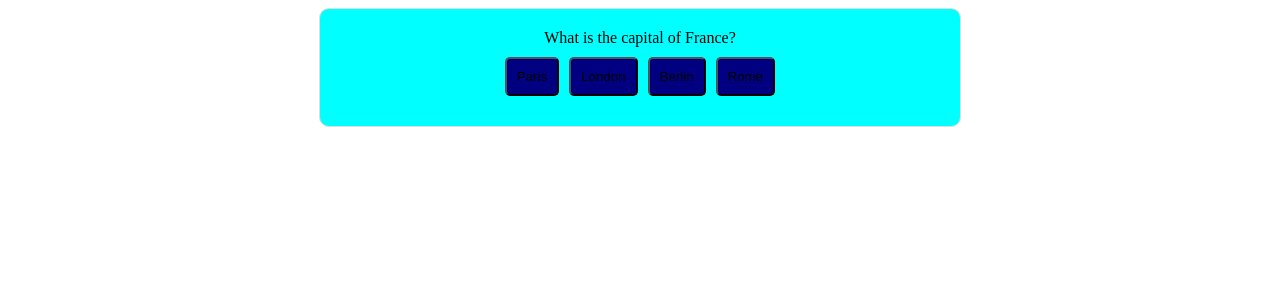
Repository: muteedwaheed/quiz-app
Page: test.html
The author's editor kept a copy of each file at every save. The page is drawn from the files as they stood at one save, then again after the next save.
The browser window is 1280 px wide. The pictures show the whole page.

Above is the page before, as saved 2024-06-23 01:52:00.

### test.html
<!DOCTYPE html>
<html lang="en">
  <head>
    <meta charset="UTF-8" />
    <meta name="viewport" content="width=device-width, initial-scale=1.0" />
    <title>quiz app</title>
    <link rel="stylesheet" href="./test.css">
  </head>
  <body>

    <div class="quiz-container">
      <div id="question-container">
        <div id="question">Question text</div>
        <div id="options-container"></div>
      </div>
    </div>

    <script src="./test.js"></script>
  </body>
</html>

### test.css
.hidden { display: none; }
.quiz-container {
  max-width: 600px;
  margin: 0 auto;
  text-align: center;
  padding: 20px;
  border: 1px solid #ddd;
  border-radius: 10px;
  background-color:aqua
}
.option {
  display: block;
  margin: 10px 0;
  padding: 10px;
  background-color:navy;
  color:white
  border: 1px solid #ccc;
  border-radius: 5px;
  cursor: pointer;
}
#options-container {
  display: flex;
  justify-content: center;
  gap: 10px;
  flex-wrap: wrap;
}
.option:hover {
  background-color: #ddd;
}

### test.js
const quiz = [
  {
    questions: [
      {
        question: "What is the capital of France?",
        options: [
          {
            answerText: "Paris",
            isCorrect: true,
          },
          {
            answerText: "London",
            isCorrect: false,
          },
          {
            answerText: "Berlin",
            isCorrect: false,
          },
          {
            answerText: "Rome",
            isCorrect: false,
          },
        ],
      },
      {
        question: "Which of the following are primary colors?",
        options: [
          {
            answerText: "Red",
            isCorrect: true,
          },
          {
            answerText: "Green",
            isCorrect: false,
          },
          {
            answerText: "Blue",
            isCorrect: true,
          },
          {
            answerText: "Yellow",
            isCorrect: true,
          },
        ],
      },
      {
        question: "Who wrote the play 'Romeo and Juliet'?",
        options: [
          {
            answerText: "William Shakespeare",
            isCorrect: true,
          },
          {
            answerText: "Jane Austen",
            isCorrect: false,
          },
          {
            answerText: "Charles Dickens",
            isCorrect: false,
          },
          {
            answerText: "Leo Tolstoy",
            isCorrect: false,
          },
        ],
      },
      {
        question: "Which of the following are programming languages?",
        options: [
          {
            answerText: "Java",
            isCorrect: true,
          },
          {
            answerText: "Banana",
            isCorrect: false,
          },
          {
            answerText: "Python",
            isCorrect: true,
          },
          {
            answerText: "Orange",
            isCorrect: false,
          },
        ],
      },
      {
        question: "What are the colors of the rainbow?",
        options: [
          {
            answerText: "Red",
            isCorrect: true,
          },
          {
            answerText: "Green",
            isCorrect: false,
          },
          {
            answerText: "Blue",
            isCorrect: true,
          },
          {
            answerText: "Yellow",
            isCorrect: true,
          },
        ],
      },
      {
        question: "Which planet is known as the 'Red Planet'?",
        options: [
          {
            answerText: "Mars",
            isCorrect: true,
          },
          {
            answerText: "Venus",
            isCorrect: false,
          },
          {
            answerText: "Jupiter",
            isCorrect: false,
          },
          {
            answerText: "Saturn",
            isCorrect: false,
          },
        ],
      },
      {
        question: "What are the main components of air?",
        options: [
          {
            answerText: "Oxygen",
            isCorrect: true,
          },
          {
            answerText: "Carbon Dioxide",
            isCorrect: true,
          },
          {
            answerText: "Nitrogen",
            isCorrect: true,
          },
          {
            answerText: "Argon",
            isCorrect: false,
          },
        ],
      },
      {
        question: "Which animals lay eggs?",
        options: [
          {
            answerText: "Dogs",
            isCorrect: false,
          },
          {
            answerText: "Cats",
            isCorrect: false,
          },
          {
            answerText: "Birds",
            isCorrect: true,
          },
          {
            answerText: "Frogs",
            isCorrect: true,
          },
        ],
      },
      {
        question: "What is the capital of Japan?",
        options: [
          {
            answerText: "Tokyo",
            isCorrect: true,
          },
          {
            answerText: "Beijing",
            isCorrect: false,
          },
          {
            answerText: "Seoul",
            isCorrect: false,
          },
          {
            answerText: "Bangkok",
            isCorrect: false,
          },
        ],
      },
      {
        question: "Which of the following are fruits?",
        options: [
          {
            answerText: "Carrot",
            isCorrect: false,
          },
          {
            answerText: "Apple",
            isCorrect: true,
          },
          {
            answerText: "Potato",
            isCorrect: false,
          },
          {
            answerText: "Banana",
            isCorrect: true,
          },
        ],
      },
      {
        question: "Who is credited with inventing the telephone?",
        options: [
          {
            answerText: "Thomas Edison",
            isCorrect: false,
          },
          {
            answerText: "Alexander Graham Bell",
            isCorrect: true,
          },
          {
            answerText: "Nikola Tesla",
            isCorrect: false,
          },
          {
            answerText: "Albert Einstein",
            isCorrect: false,
          },
        ],
      },
      {
        question: "Which of the following are mammals?",
        options: [
          {
            answerText: "Dolphin",
            isCorrect: true,
          },
          {
            answerText: "Shark",
            isCorrect: false,
          },
          {
            answerText: "Salmon",
            isCorrect: false,
          },
          {
            answerText: "Octopus",
            isCorrect: false,
          },
        ],
      },
      {
        question: "What is the largest planet in our solar system?",
        options: [
          {
            answerText: "Jupiter",
            isCorrect: true,
          },
          {
            answerText: "Mars",
            isCorrect: false,
          },
          {
            answerText: "Saturn",
            isCorrect: false,
          },
          {
            answerText: "Neptune",
            isCorrect: false,
          },
        ],
      },
      {
        question: "Which of the following are programming languages?",
        options: [
          {
            answerText: "Ruby",
            isCorrect: true,
          },
          {
            answerText: "Lemon",
            isCorrect: false,
          },
          {
            answerText: "C++",
            isCorrect: true,
          },
          {
            answerText: "Grapes",
            isCorrect: false,
          },
        ],
      },
      {
        question: "What are the primary colors in painting?",
        options: [
          {
            answerText: "Red",
            isCorrect: true,
          },
          {
            answerText: "Green",
            isCorrect: false,
          },
          {
            answerText: "Blue",
            isCorrect: true,
          },
          {
            answerText: "Orange",
            isCorrect: false,
          },
        ],
      },
      {
        question: "Which of the following are elements on the periodic table?",
        options: [
          {
            answerText: "Carbon",
            isCorrect: true,
          },
          {
            answerText: "Gold",
            isCorrect: true,
          },
          {
            answerText: "Silver",
            isCorrect: true,
          },
          {
            answerText: "Ruby",
            isCorrect: false,
          },
        ],
      },
      {
        question: "Which of the following are European countries?",
        options: [
          {
            answerText: "Germany",
            isCorrect: true,
          },
          {
            answerText: "Brazil",
            isCorrect: false,
          },
          {
            answerText: "Spain",
            isCorrect: true,
          },
          {
            answerText: "Australia",
            isCorrect: false,
          },
        ],
      },
      {
        question: "What are the primary colors of light?",
        options: [
          {
            answerText: "Red",
            isCorrect: true,
          },
          {
            answerText: "Green",
            isCorrect: true,
          },
          {
            answerText: "Blue",
            isCorrect: true,
          },
          {
            answerText: "Yellow",
            isCorrect: false,
          },
        ],
      },
      {
        question:
          "Which of the following are parts of the human digestive system?",
        options: [
          {
            answerText: "Stomach",
            isCorrect: true,
          },
          {
            answerText: "Lungs",
            isCorrect: false,
          },
          {
            answerText: "Brain",
            isCorrect: false,
          },
          {
            answerText: "Liver",
            isCorrect: true,
          },
        ],
      },
      {
        question: "What is the currency of Japan?",
        options: [
          {
            answerText: "Yen",
            isCorrect: true,
          },
          {
            answerText: "Dollar",
            isCorrect: false,
          },
          {
            answerText: "Pound",
            isCorrect: false,
          },
          {
            answerText: "Euro",
            isCorrect: false,
          },
        ],
      },
      {
        question: "Which of the following are elements?",
        options: [
          {
            answerText: "Oxygen",
            isCorrect: true,
          },
          {
            answerText: "Sun",
            isCorrect: false,
          },
          {
            answerText: "Moon",
            isCorrect: false,
          },
          {
            answerText: "Earth",
            isCorrect: false,
          },
        ],
      },
      {
        question: "What is the largest ocean on Earth?",
        options: [
          {
            answerText: "Pacific Ocean",
            isCorrect: true,
          },
          {
            answerText: "Indian Ocean",
            isCorrect: false,
          },
          {
            answerText: "Atlantic Ocean",
            isCorrect: false,
          },
          {
            answerText: "Arctic Ocean",
            isCorrect: false,
          },
        ],
      },
      {
        question: "Which of the following are programming languages?",
        options: [
          {
            answerText: "Python",
            isCorrect: true,
          },
          {
            answerText: "Carrot",
            isCorrect: false,
          },
          {
            answerText: "Ruby",
            isCorrect: true,
          },
          {
            answerText: "Cucumber",
            isCorrect: false,
          },
        ],
      },
      {
        question: "What is the chemical symbol for water?",
        options: [
          {
            answerText: "H2O",
            isCorrect: true,
          },
          {
            answerText: "CO2",
            isCorrect: false,
          },
          {
            answerText: "N2",
            isCorrect: false,
          },
          {
            answerText: "O2",
            isCorrect: false,
          },
        ],
      },
    ],
  },
];
let currentQuestionIndex = 0;

// const questionContainer = document.getElementById('question-container');
const questionElement = document.getElementById('question');
const optionsContainer = document.getElementById('options-container');

function showQuestion(questionIndex) {
  const question = quiz[0].questions[questionIndex];
  questionElement.textContent = question.question;
  optionsContainer.innerHTML = '';
  question.options.forEach((option, index) => {
    const button = document.createElement('button');
    button.textContent = option.answerText;
    button.classList.add('option');
    button.onclick = () => checkAnswer(option.isCorrect);
    optionsContainer.appendChild(button);
  });
}

function checkAnswer(isCorrect) {
  if (isCorrect) {
    currentQuestionIndex++;
    if (currentQuestionIndex < quiz[0].questions.length) {
      showQuestion(currentQuestionIndex);
    } else {
      questionContainer.innerHTML = '<h2>You have completed the quiz!</h2>';
    }
  } else {
    alert('Incorrect, try again.');
  }
}

// Start the quiz
showQuestion(currentQuestionIndex);

After the next save:
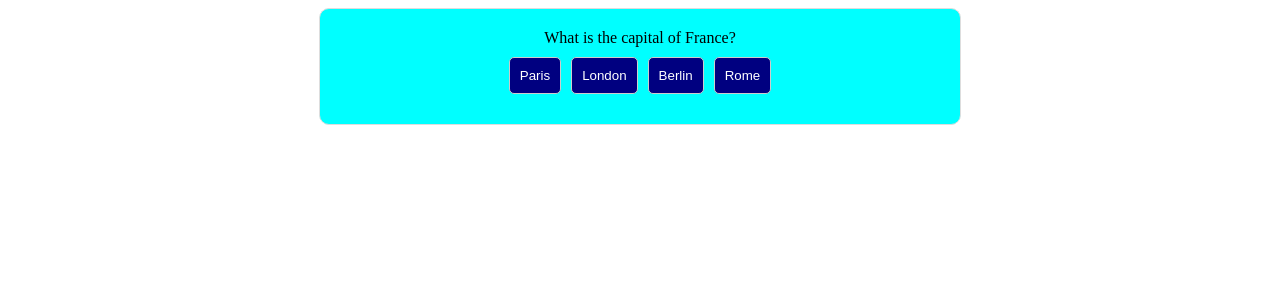
Saved 8 s later.
--- a/test.css
+++ b/test.css
@@ -13,7 +13,7 @@
   margin: 10px 0;
   padding: 10px;
   background-color:navy;
-  color:white
+  color:white;
   border: 1px solid #ccc;
   border-radius: 5px;
   cursor: pointer;
